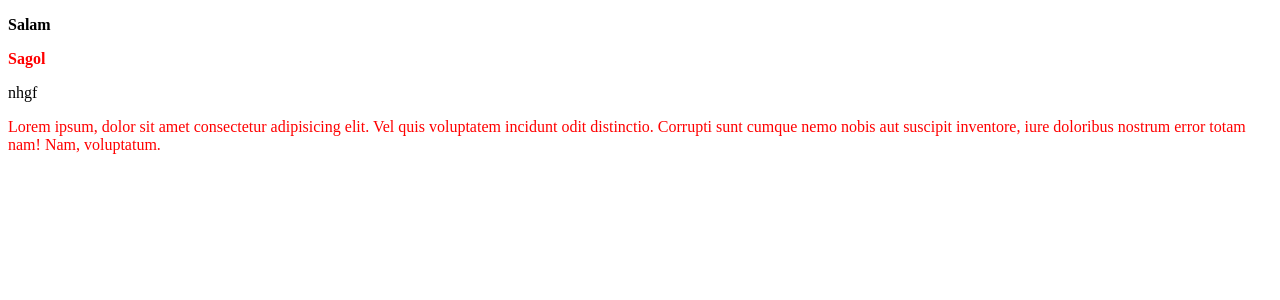
Repository: AytacSafarova/task-111
Page: index.html
These files come from the project's save history. The page is drawn as it stood at one moment and after a run of saves; the edit follows.
The browser window is 1280 px wide. The pictures show the whole page.

Above is the page before, as saved 2023-09-16 18:01:34.

After the next 2 saves:
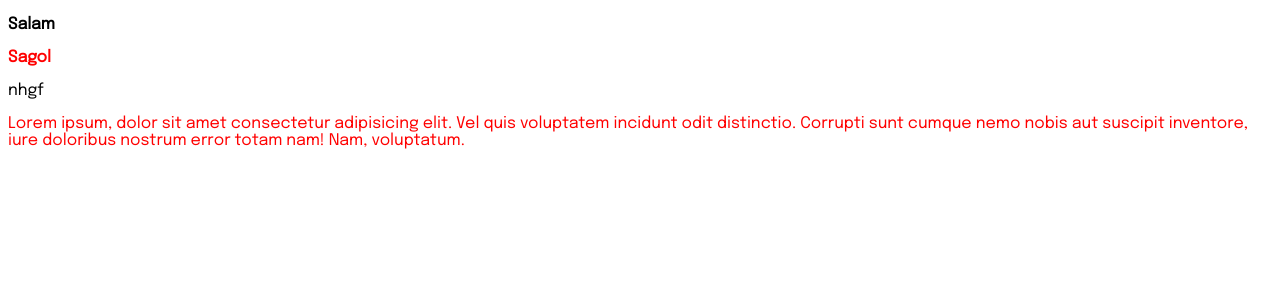
The 2 saves are shown as one change because they came seconds apart.
The last was saved 12 s later.
--- a/index.css
+++ b/index.css
@@ -7,5 +7,6 @@
     font-weight: bold;
 }
 p{
-font-family: E;
+font-family: Epilogue;
+font-weight: 400;
 }
